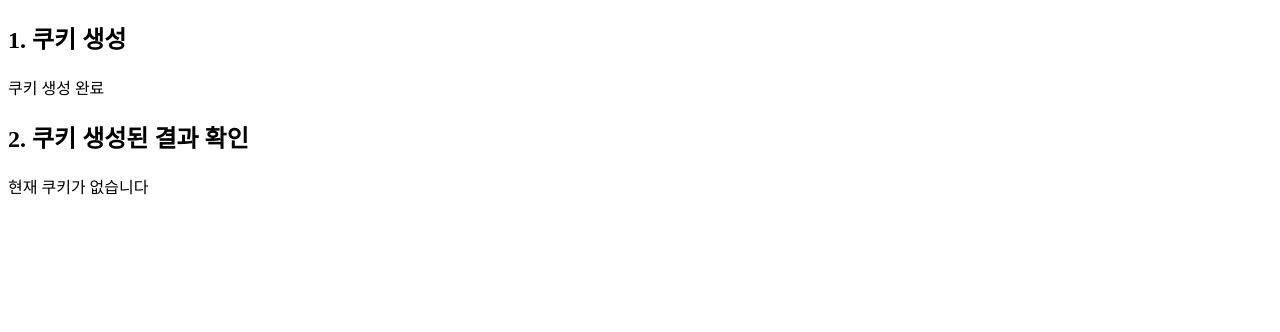
Repository: AHJ2616/Java
Page: http://localhost/board-jsp/04Cookie/CookieMain.jsp
The author's editor kept a copy of each file at every save. The page is drawn from the files as they stood at one save, then again after the next save.
The browser window is 1280 px wide. The pictures show the whole page.
The page is served by Tomcat 9.

Above is the page before, as saved 2024-07-24 01:12:13.

After the next save:
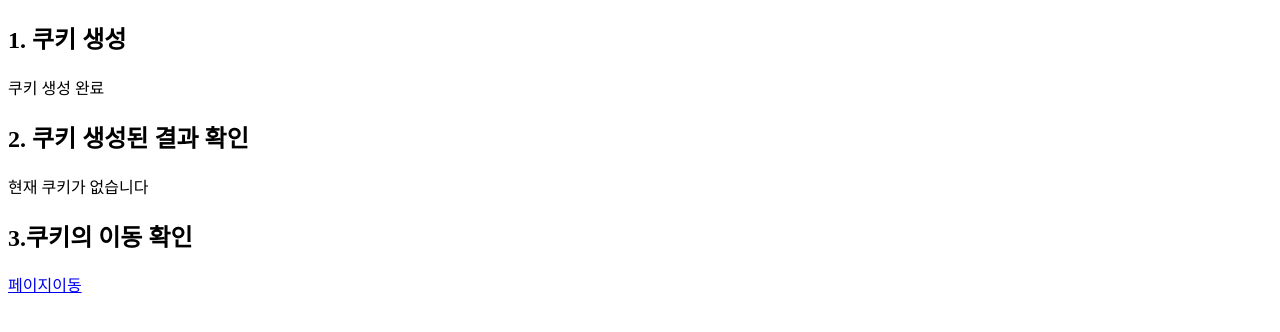
Saved 8 min 20 s later.
--- a/jsp_workspace/board-jsp/src/main/webapp/04Cookie/CookieMain.jsp
+++ b/jsp_workspace/board-jsp/src/main/webapp/04Cookie/CookieMain.jsp
@@ -44,6 +44,9 @@ else {
 	out.print("현재 쿠키가 없습니다");
 }
 %>
+<br>
+<h2>3.쿠키의 이동 확인</h2>
+<a href="CookieResult.jsp">페이지이동</a>
 
 </body>
 </html>
